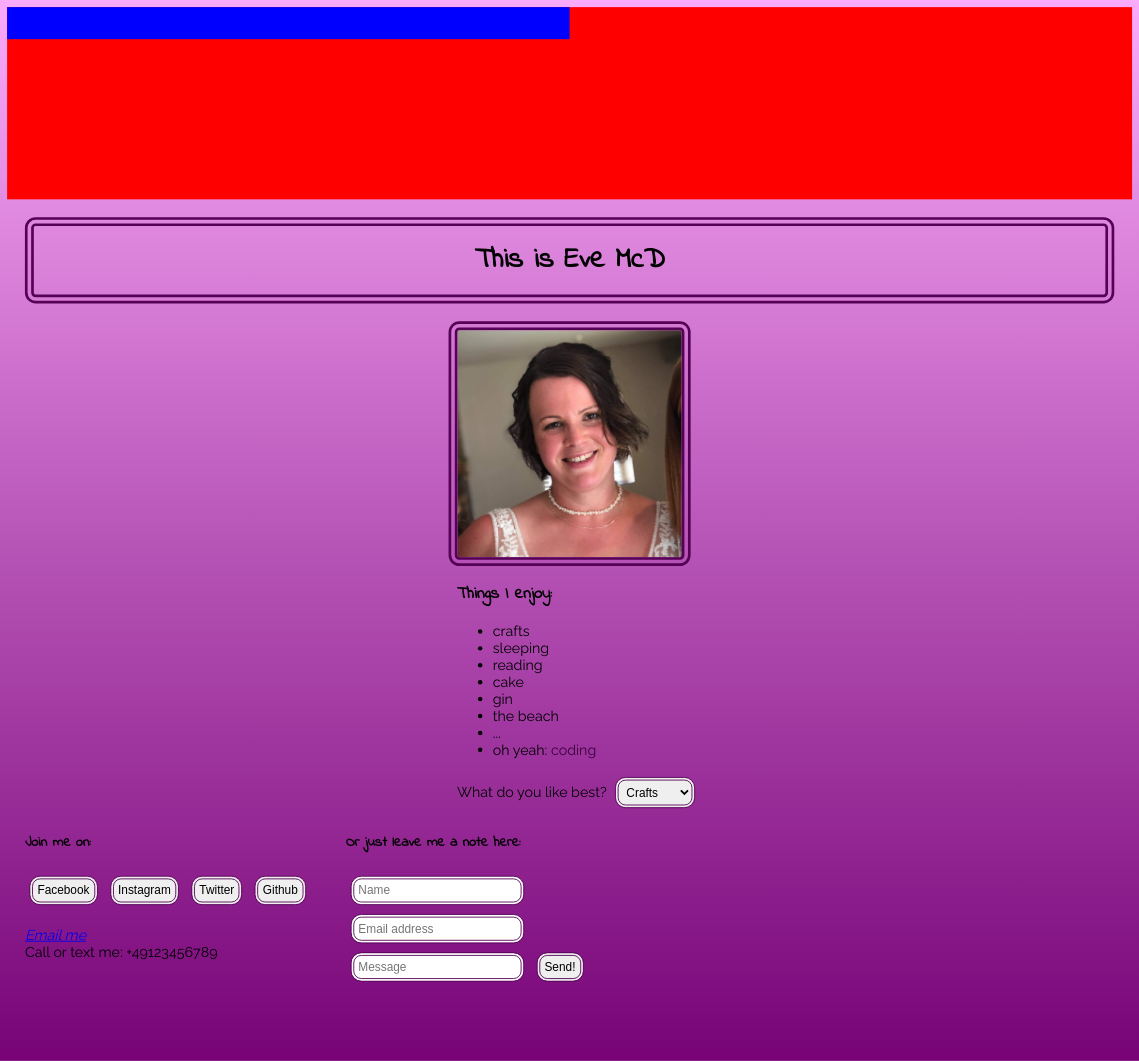
Repository: evemcd/Strive-Ignite-W1
Page: index.html
These files come from the project's save history. The page is drawn as it stood at one moment and after the next save; the edit follows.
The browser window is 1280 px wide. The pictures show the whole page, at 89% of full size.

Above is the page before, as saved 2021-01-17 20:17:43.

### index.html
<!DOCTYPE html>
<html>

<head>
    <title>Eve McDermott</title>
    <link rel="stylesheet" href="styles.css" />
    <link rel="preconnect" href="https://fonts.gstatic.com">
    <link rel="preconnect" href="https://fonts.gstatic.com">
    <link href="https://fonts.googleapis.com/css2?family=Indie+Flower&family=Raleway&display=swap" rel="stylesheet">
    <meta name="viewport" content="width=device-width, initial-scale=1.0">
</head>

<body>
    <div id="header">
      <div class="box1"></div>
      <div class="box2"></div>
      <div class="box3"></div>
        <div class="header__title">

        </div>
        <div class="header__image">

        </div>
    </div>
    <div>
        <h1>This is Eve McD</h1>
        <img src="Eve.jpg" class="center" alt="photo of Eve McD" />
    </div>
    <!-- list -->
    <div class="hobbies">
        <h3>Things I enjoy:</h3>
        <ul>
            <li>crafts</li>
            <li>sleeping</li>
            <li>reading</li>
            <li>cake</li>
            <li>gin</li>
            <li>the beach</li>
            <li>...</li>
            <li>oh yeah: <span style="color: rgb(59, 0, 59);">coding</span></li>
        </ul>
    </div>

    <div class="hobbies">
        <label for="hobbies">What do you like best?</label>
        <select name="hobbies" id="hobbies" class="socialbutton">
            <option value="crafts">Crafts</option>
            <option value="sleeping">Sleeping</option>
            <option value="reading">Reading</option>
            <option value="cake">Cake</option>
            <option value="gin">Gin</option>
            <option value="beach">Beach</option>
            <option value="coding">Coding</option>
        </select>
    </div>
    <div class="container">
        <div class="div1">
            <h4>Join me on:</h4>
            <input type="button" href="www.facebook.com" value="Facebook" class="socialbutton" />
            <input type="button" href="www.instagram.com" value="Instagram" class="socialbutton" />
            <input type="button" href="www.twitter.com" value="Twitter" class="socialbutton" />
            <input type="button" href="www.github.com" value="Github" class="socialbutton" />
            <br><br>
            <address>
                <a href="mailto:eve@mcdermott.com">Email me </a>
            </address>
            Call or text me: +49123456789
            </p>
        </div>
        <div class="div1">
            <form>
                <h4>Or just leave me a note here:</h4>
                <input type="text" placeholder="Name" class="socialbutton" /><br>
                <input type="email" placeholder="Email address" class="socialbutton" /><br>
                <input type="text" placeholder="Message" class="socialbutton" />
                <input type="button" value="Send!" class="socialbutton" />
            </form>
        </div>
    </div>
    </div>
    <br><br><br><br>

</body>

</html>

### styles.css
body {
    background: rgb(251,171,251);
    background: linear-gradient(180deg, rgba(251,171,251,1) 0%, rgba(119,3,119,1) 100%);
    font-family: Raleway;
}

.div1 {
    display: inline-block;
    /* width: 40%; */
    vertical-align: top;
    margin: 0px 20px 0px 20px;
}

.container {
    display: flex;
    flex-flow: column wrap;
    flex-direction: row;
    justify-content: flex-start;
}

h1 {
    padding: 15px;
    margin: 20px;
    border: 10px double rgb(85, 1, 85);
    border-radius: 12px;
    text-align: center;
}

h1, h2, h3, h4, h5, h6 {
    font-family: Indie Flower;
}

.textcenter {
    text-align: center;
}

.center {
    display: block;
    margin-left: auto;
    margin-right: auto;
    width: 20%;
    border: 10px double rgb(85, 1, 85);
    border-radius: 12px;
}

#header {
    width: 100%;
    height: 30vh;
    position: relative;
    background-color: red;
}

.header__title {
    width: 50%;
    background-color: blue;
    position: absolute;
    top: 0;
    left: 0;
    height: 5vh;
}

.socialbutton {
    border: 4px double rgb(85, 1, 85);
    border-radius: 12px;
    padding: 5px;
    margin: 5px;
}

.hobbies {
    margin-left: 40%;
}

@media screen and (max-width: 992px) {
    .div1 {
    display: inline-block;
    width: 100%;
    vertical-align: top;
    }
    .hobbies {
        margin-left: 10%;
    }
  }

After the next save:
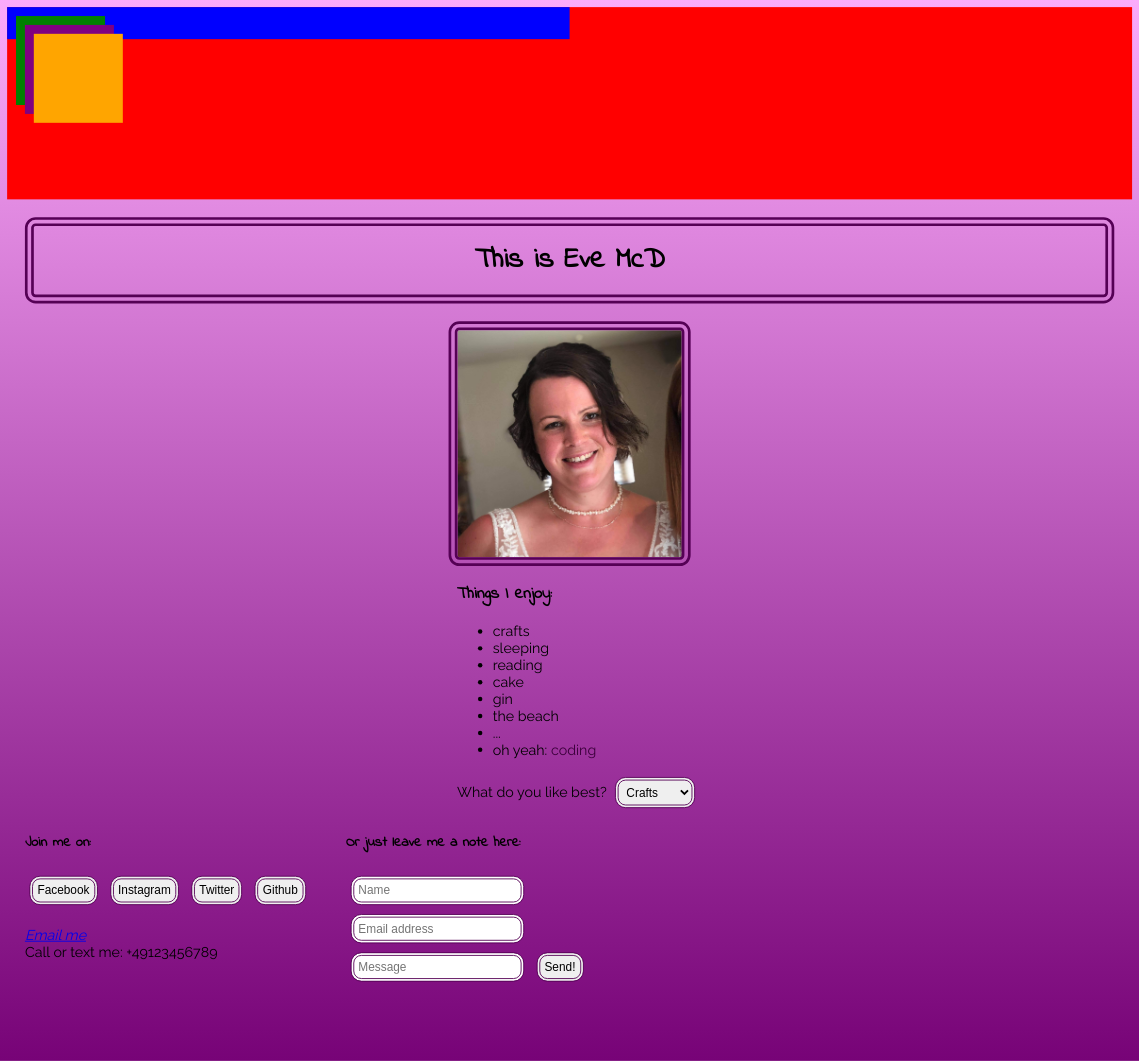
Saved 2 min 20 s later.
--- a/styles.css
+++ b/styles.css
@@ -50,6 +50,36 @@ h1, h2, h3, h4, h5, h6 {
     background-color: red;
 }
 
+.box1 {
+width: 100px;
+height: 100px;
+background-color: green;
+position: absolute;
+top: 10px;
+left: 10px;
+z-index: 1;
+}
+
+.box2 {
+    width: 100px;
+    height: 100px;
+    background-color: purple;
+    position: absolute;
+    top: 20px;
+    left: 20px;
+    z-index: 2;
+    }
+
+    .box3 {
+        width: 100px;
+        height: 100px;
+        background-color: orange;
+        position: absolute;
+        top: 30px;
+        left: 30px;
+        z-index: 3;
+        }
+
 .header__title {
     width: 50%;
     background-color: blue;
